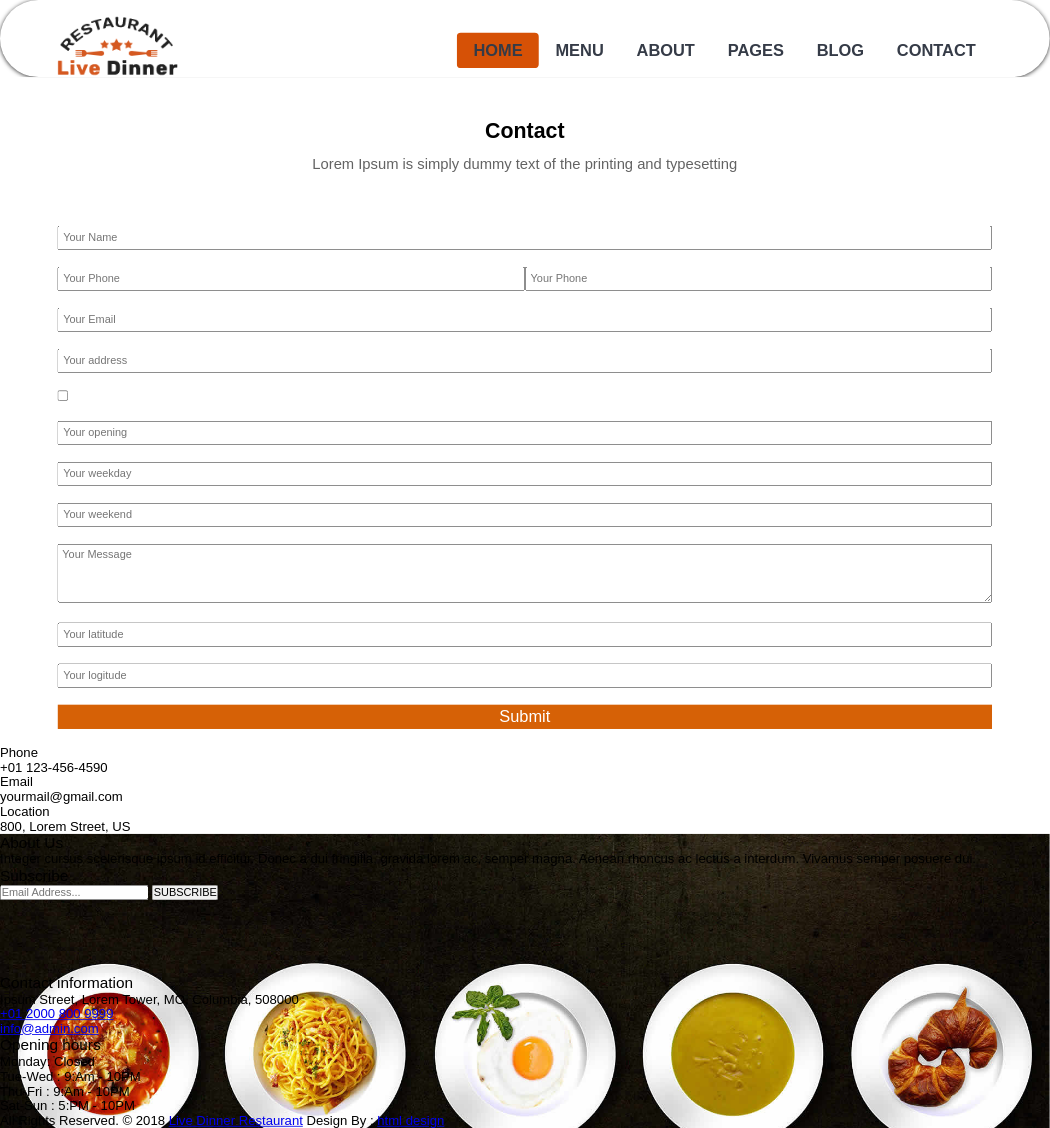
Repository: Hoa7604/kist_Java
Page: http://localhost/jdbc1/contact/list
These files come from the project's save history. The page is drawn as it stood at one moment and after the next save; the edit follows.
The browser window is 1280 px wide. The pictures show the whole page, at 82% of full size.
The page is served by Tomcat 9. Other server files are loaded and not shown. Queries for data that is not in the repository find no rows.

Above is the page before, as saved 2020-08-14 08:50:21.

### pho/jdbc1/WebContent/WEB-INF/views/contact.jsp
<%@page import="tp.kits3.livedinner.io.Contact"%>
<%@page import="java.util.List"%>
<%@ page language="java" contentType="text/html; charset=UTF-8"
    pageEncoding="UTF-8"%>

    <%
    	String contextPath = request.getContextPath();
    	//System.out.println(contextPath);
    	List<Contact> list = (List<Contact>)request.getAttribute("ContactList");
    %>
<!DOCTYPE html>
<html lang="en"><!-- Basic -->
<head>
	<meta charset="utf-8">
    <meta http-equiv="X-UA-Compatible" content="IE=edge">

    <!-- Mobile Metas -->
    <meta name="viewport" content="width=device-width, initial-scale=1">

     <!-- Site Metas -->
    <title>Live Dinner Restaurant</title>
    <meta name="keywords" content="">
    <meta name="description" content="">
    <meta name="author" content="">

    <!-- Site Icons -->
    <link rel="shortcut icon" href="<%=contextPath %>/images/favicon.ico" type="image/x-icon">
    <link rel="apple-touch-icon" href=<%=contextPath %>"images/apple-touch-icon.png">

	<!-- Site CSS -->
    <link rel="stylesheet" href="<%=contextPath %>/css/style.css">
    <!-- Custom CSS -->
    <link rel="stylesheet" href="<%=contextPath %>/css/custom.css">

    <!--[if lt IE 9]>
      <script src="https://oss.maxcdn.com/libs/html5shiv/3.7.0/html5shiv.js"></script>
      <script src="https://oss.maxcdn.com/libs/respond.js/1.4.2/respond.min.js"></script>
    <![endif]-->

</head>

<body>
	<!-- Start header -->
	<header style = "position: initial;">
		<nav>
			<div class="container">
				<a href="index.html">
					<img src=" <%=contextPath %>/images/logo.png" alt="" />
				</a>
				<button type="button" data-toggle="collapse" data-target="#navbars-rs-food" aria-controls="navbars-rs-food" aria-expanded="false" aria-label="Toggle navigation">
				  <span>Search</span>
				</button>
				<div id="navbars-rs-food">
					<ul>
						<li><a class="active" href="<%=contextPath %>/menu/list">Home</a></li>
						<li><a href="#">Menu</a></li>
						<li><a href="#">About</a></li>
						<li >
							<a href="#" id="dropdown-a" onclick="show('subPage')" data-toggle="dropdown">Pages</a><br>
							<div id="subPage" class="drop-menu" aria-labelledby="dropdown-a">
								<a href="reservation.html">Reservation</a>
								<a href="stuff.html">Stuff</a>
								<a href="gallery.html">Gallery</a>
							</div>
						</li>
						<li>
							<a href="#" id="dropdown-a" onclick="show('subBlog')" data-toggle="dropdown">Blog</a>
							<div id = "subBlog" class="drop-menu" aria-labelledby="dropdown-a">
								<a href="blog.html">blog</a>
								<a href="blog-details.html">Blog Single</a>
							</div>
						</li>
						<li><a href="#">Contact</a></li>
					</ul>
				</div>
			</div>
		</nav>
	</header>
	<!-- End header -->

	<!-- Start All Pages -->
	<%for( int i = 0; i < list.size(); i++){%>
		<div >
			<div >
				<div >
					<div >
						<p>name: <%=list.get(i).getConame() %></p>
						<h1>Email: <%=list.get(i).getEmail() %></h1>
					</div>
				</div>
			</div>
		</div>
	<% }%>

	<!-- End All Pages -->

	<!-- Start Contact -->
	<div></div>
	<div class="contact-box-start">
		<div class="container">
			<div class="row">
				<div class="title-box">
					<div class="wrap-title">
						<h2>Contact</h2>
						<p>Lorem Ipsum is simply dummy text of the printing and typesetting</p>
					</div>
				</div>
			</div>
			<div class="row">
				<div class="wrap-form">
					<form id="contactForm">
						<div class="wrap-sub-form">
							<div class="wrap wrap-user">
								<div class=" box user-box">
									<input type="text" id="name" name="name" placeholder="Your Name" required data-error="Please enter your name">
									<div ></div>
								</div>
							</div>
							<div class="wrap  wrap-phone">
								<div class="box phone-box">
									<input type="phone" id="priphone" name="priphone" placeholder="Your Phone" required data-error="Please enter your priphone">
									<input type="phone" id="subphone" name="subphone" placeholder="Your Phone" data-error="Please enter your subphone">
								</div>
							</div>
							<div class="wrap  wrap-mail">
								<div class="box email-box">
									<input type="text" placeholder="Your Email" id="email" name="name" required data-error="Please enter your email">
									<div ></div>
								</div>
							</div>
							<div class="wrap  wrap-address">
								<div class="box address-box">
									<input type="text" placeholder="Your address" id="address" name="address" required data-error="Please enter your email">
									<div ></div>
								</div>
							</div>
							<div class="wrap  wrap-check">
								<div class="box check-box">
									<input type="checkbox" id="unused" name="unused"  data-error="Please enter your check">
									<div ></div>
								</div>
							</div>
							<div class="wrap  wrap-opening">
								<div class="box opening-box">
									<input type="text" placeholder="Your opening" id="opening" name="opening" required data-error="Please enter your opening">
									<div ></div>
								</div>
							</div>
							<div class="wrap  wrap-weekday">
								<div class="box weekday-box">
									<input type="text" placeholder="Your weekday" id="weekday" name="weekday" required data-error="Please enter your weekday">
									<div ></div>
								</div>
							</div>
							<div class="wrap wrap-weekend">
								<div class="box weekend-box">
									<input type="text" placeholder="Your weekend" id="weekend" name="weekend" required data-error="Please enter your weekend">
									<div ></div>
								</div>
							</div>
							<div class="wrap  wrap-aboutus" >
								<div class="box aboutus-box">
									<textarea id="aboutus" placeholder="Your Message" rows="4" data-error="Write your message" required></textarea>
									<div ></div>
								</div>
							</div>
							<div class="wrap  wrap-latitude">
								<div class="box latitude-box">
									<input type="text" placeholder="Your latitude" id="latitude" name="latitude" required data-error="Please enter your latitude">
									<div ></div>
								</div>
							</div>
							<div class="wrap  wrap-logitude">
								<div class="box logitude-box">
									<input type="text" placeholder="Your logitude" id="logitude" name="logitude" required data-error="Please enter your logitude">
									<div ></div>
								</div>
							</div>
							<div class="wrap  wrap-submit">
								<div class="box submit-box">
									<input type="submit" name="submit" value="Submit">
								</div>
							</div>

						</div>
					</form>
				</div>
			</div>
		</div>
	</div>
	<!-- End Contact -->

	<!-- Start Contact info -->
	<div>
		<div >
			<div >
				<div>
					<i></i>
					<div>
						<h4>Phone</h4>
						<p>
							+01 123-456-4590
						</p>
					</div>
				</div>
				<div>
					<i></i>
					<div>
						<h4>Email</h4>
						<p>
							yourmail@gmail.com
						</p>
					</div>
				</div>
				<div>
					<i></i>
					<div>
						<h4>Location</h4>
						<p>
							800, Lorem Street, US
						</p>
					</div>
				</div>
			</div>
		</div>
	</div>
	<!-- End Contact info -->

	<!-- Start Footer -->
	<footer>
		<div >
			<div >
				<div>
					<h3>About Us</h3>
					<p>Integer cursus scelerisque ipsum id efficitur. Donec a dui fringilla, gravida lorem ac, semper magna. Aenean rhoncus ac lectus a interdum. Vivamus semper posuere dui.</p>
				</div>
				<div>
					<h3>Subscribe</h3>
					<div>
						<form>
							<input name="EMAIL" id="subs-email" placeholder="Email Address..." type="email">
							<button type="submit" >SUBSCRIBE</button>
							<div ></div>
						</form>
					</div>
					<ul>
						<li><a href="#"><i aria-hidden="true"></i></a></li>
						<li><a href="#"><i aria-hidden="true"></i></a></li>
						<li><a href="#"><i aria-hidden="true"></i></a></li>
						<li><a href="#"><i aria-hidden="true"></i></a></li>
						<li><a href="#"><i aria-hidden="true"></i></a></li>
					</ul>
				</div>
				<div>
					<h3>Contact information</h3>
					<p>Ipsum Street, Lorem Tower, MO, Columbia, 508000</p>
					<p><a href="#">+01 2000 800 9999</a></p>
					<p><a href="#"> info@admin.com</a></p>
				</div>
				<div>
					<h3>Opening hours</h3>
					<p><span>Monday: </span>Closed</p>
					<p><span>Tue-Wed :</span> 9:Am - 10PM</p>
					<p><span>Thu-Fri :</span> 9:Am - 10PM</p>
					<p><span>Sat-Sun :</span> 5:PM - 10PM</p>
				</div>
			</div>
		</div>

		<div>
			<div >
				<div >
					<div>
						<p>All Rights Reserved. &copy; 2018 <a href="#">Live Dinner Restaurant</a> Design By :
					<a href="#">html design</a></p>
					</div>
				</div>
			</div>
		</div>

	</footer>
	<!-- End Footer -->

	<a href="#" id="back-to-top" title="Back to top" style="display: none;"><i aria-hidden="true"></i></a>

	<!-- ALL JS FILES -->
    <!-- ALL PLUGINS -->
    <script src="js/custom.js"></script>
</body>
</html>

### pho/jdbc1/src/tp/kits3/servlet/contactServlet.java
package tp.kits3.servlet;

import java.io.IOException;
import java.sql.Connection;
import java.sql.DriverManager;
import java.sql.ResultSet;
import java.sql.SQLException;
import java.sql.Statement;
import java.util.ArrayList;
import java.util.List;

import javax.servlet.RequestDispatcher;
import javax.servlet.ServletException;
import javax.servlet.annotation.WebServlet;
import javax.servlet.http.HttpServlet;
import javax.servlet.http.HttpServletRequest;
import javax.servlet.http.HttpServletResponse;
import javax.sql.DataSource;

import td.kits3.livedinner.dao.ContactDAO;
import tp.kits3.livedinner.io.Category;
import tp.kits3.livedinner.io.Contact;

/**
 * Servlet implementation class contactServlet
 */
@WebServlet("/contact/list")
public class contactServlet extends HttpServlet {
	private static final long serialVersionUID = 1L;
    /**
     * @see HttpServlet#HttpServlet()
     */
    public contactServlet() {
        super();
        // TODO Auto-generated constructor stub
    }

	/**
	 * @see HttpServlet#doGet(HttpServletRequest request, HttpServletResponse response)
	 */
	protected void doGet(HttpServletRequest request, HttpServletResponse response) throws ServletException, IOException {
		// TODO Auto-generated method stub
		ContactDAO contactdao = new ContactDAO();
		Contact contact = new Contact();
		List<Contact> list = new ArrayList<Contact>();
		list = contactdao.findAll();
		System.out.println(list);
		if (list.size() == 0) {
			System.out.println("List none");
		}
		String divList = "<div class'ctgList'>";
		for(Contact ct : list) {
			divList += "<p><a href='update?coid="+ ct.getCoid()+ "'>" + ct.toString() + "</a></p>";

		}
		divList += "<p><a href='add'>/contact/add</p></a>";
		divList += "</div>";

		response.setContentType("text/html; charset = UTF-8");
		response.getWriter().append(divList);

		//*************************************//
		request.setAttribute("ContactList", list);

		String profix = "/WEB-INF/views/";
		String subfix = ".jsp";
		RequestDispatcher dispatcher = request.getRequestDispatcher(profix + "contact" +subfix);
		dispatcher.forward(request, response);
	}

	/**
	 * @see HttpServlet#doPost(HttpServletRequest request, HttpServletResponse response)
	 */
	protected void doPost(HttpServletRequest request, HttpServletResponse response) throws ServletException, IOException {
		// TODO Auto-generated method stub
		doGet(request, response);
	}

	@Override
	public String toString() {
		// TODO Auto-generated method stub
		return super.toString();
	}
}

### pho/jdbc1/src/tp/kits3/livedinner/io/Contact.java
package tp.kits3.livedinner.io;
public class Contact {

    private Integer coid;

    private String coname;

    private String priphone;

    private String subphone;

    private String email;

    private String address;

    private Boolean unused;

    private String opening;

    private String weekday;

    private String weekend;

    private String aboutus;

    private Double latitude;

    private Double logitude;

    public Integer getCoid() {
        return coid;
    }

    public void setCoid(Integer coid) {
        this.coid = coid;
    }

    public String getConame() {
        return coname;
    }

    public void setConame(String coname) {
        this.coname = coname;
    }

    public String getPriphone() {
        return priphone;
    }

    public void setPriphone(String priphone) {
        this.priphone = priphone;
    }

    public String getSubphone() {
        return subphone;
    }

    public void setSubphone(String subphone) {
        this.subphone = subphone;
    }

    public String getEmail() {
        return email;
    }

    public void setEmail(String email) {
        this.email = email;
    }

    public String getAddress() {
        return address;
    }

    public void setAddress(String address) {
        this.address = address;
    }

    public Boolean getUnused() {
        return unused;
    }

    public void setUnused(Boolean unused) {
        this.unused = unused;
    }

    public String getOpening() {
        return opening;
    }

    public void setOpening(String opening) {
        this.opening = opening;
    }

    public String getWeekday() {
        return weekday;
    }

    public void setWeekday(String weekday) {
        this.weekday = weekday;
    }

    public String getWeekend() {
        return weekend;
    }

    public void setWeekend(String weekend) {
        this.weekend = weekend;
    }

    public String getAboutus() {
        return aboutus;
    }

    public void setAboutus(String aboutus) {
        this.aboutus = aboutus;
    }

    public Double getLatitude() {
        return latitude;
    }

    public void setLatitude(Double latitude) {
        this.latitude = latitude;
    }

    public Double getLogitude() {
        return logitude;
    }

    public void setLogitude(Double logitude) {
        this.logitude = logitude;
    }

    // Contact 모델 복사
    public void CopyData(Contact param)
    {
        this.coid = param.getCoid();
        this.coname = param.getConame();
        this.priphone = param.getPriphone();
        this.subphone = param.getSubphone();
        this.email = param.getEmail();
        this.address = param.getAddress();
        this.unused = param.getUnused();
        this.opening = param.getOpening();
        this.weekday = param.getWeekday();
        this.weekend = param.getWeekend();
        this.aboutus = param.getAboutus();
        this.latitude = param.getLatitude();
        this.logitude = param.getLogitude();
    }

	@Override
	public String toString() {
		return "Contact [coid=" + coid + ", coname=" + coname + ", priphone=" + priphone + ", subphone=" + subphone
				+ ", email=" + email + ", address=" + address + ", unused=" + unused + ", opening=" + opening
				+ ", weekday=" + weekday + ", weekend=" + weekend + ", aboutus=" + aboutus + ", latitude=" + latitude
				+ ", logitude=" + logitude + "]";
	}
}

### pho/jdbc1/WebContent/css/custom.css
*{margin: 0; padding: 0; font-family: 'Rubik', sans-serif; font-weight: 500;}

.font-style1 {font-weight: 100;}
.font-style2 {font-weight: 300;}
.font-style3 {font-weight: 400;}
.font-style4 {font-weight: 500;}
.font-style5 {font-weight: 700;}
.font-style6 {font-weight: 900;}

.container {
    max-width: 1140px;
    margin: 0 auto;
    position: relative;
    overflow: hidden;
}

/* CONTACT */
.all-pages {
    background-image: url(../images/all-bg.jpg);
    background-repeat: no-repeat;
    background-position: center center;
    background-size: cover;
    height: 50vh;
    background-attachment: fixed;
}
.all-pages .container {}
.all-pages .container .row {
    width: 100%;
}
.all-pages .container .row .wrap {
    text-align: center;
    display: inline-block;
    line-height: 50vh;
    width: 100%;
}
.all-pages .container .row .wrap h1{
    color: #fff;
    font-size: 40px;
    font-weight: bold;
}

.contact-box-start{
    background-color: #ffffff;
    border: none;
    padding-top: 50px;
}
.contact-box .container {}
.contact-box .container .row {}

.contact-box .container .row .title-box {}
.contact-box .container .row .title-box .wrap-title {}
.contact-box .container .row .title-box .wrap-title h2{}
.contact-box .container .row .title-box .wrap-title p{}

.row .wrap-form {width: 100%;}

#contactForm {width:100%;}
#contactForm .wrap-sub-form {}
#contactForm .wrap-sub-form input[type="text"]{
    width: 100%;
    height: 30px;
    box-sizing: border-box;
    padding: 5px;
}

#contactForm .wrap-sub-form input[type="phone"]{
    width: 50%;
    height: 30px;
    box-sizing: border-box;
    float: left;
    padding: 5px;
}

#contactForm .wrap-sub-form textarea{
    width: 100%;
    box-sizing: border-box;
    padding: 5px;
}

#contactForm .wrap-sub-form input[type="submit"]{
    width: 100%;
    height: 30px;
    line-height: 30px;
    background-color: #d66106;
    box-sizing: border-box;
    border: none;
    color: #ffffff;
    font-size: 20px;

}

#contactForm .wrap-sub-form .wrap {}
#contactForm .wrap-sub-form .wrap .box {padding-bottom: 20px; overflow: hidden;}

/* END CONTACT */

Loaded but not shown: pho/jdbc1/WebContent/css/style.css (686 lines, source omitted); pho/jdbc1/src/td/kits3/livedinner/dao/ContactDAO.java (179 lines, source omitted)

After the next save:
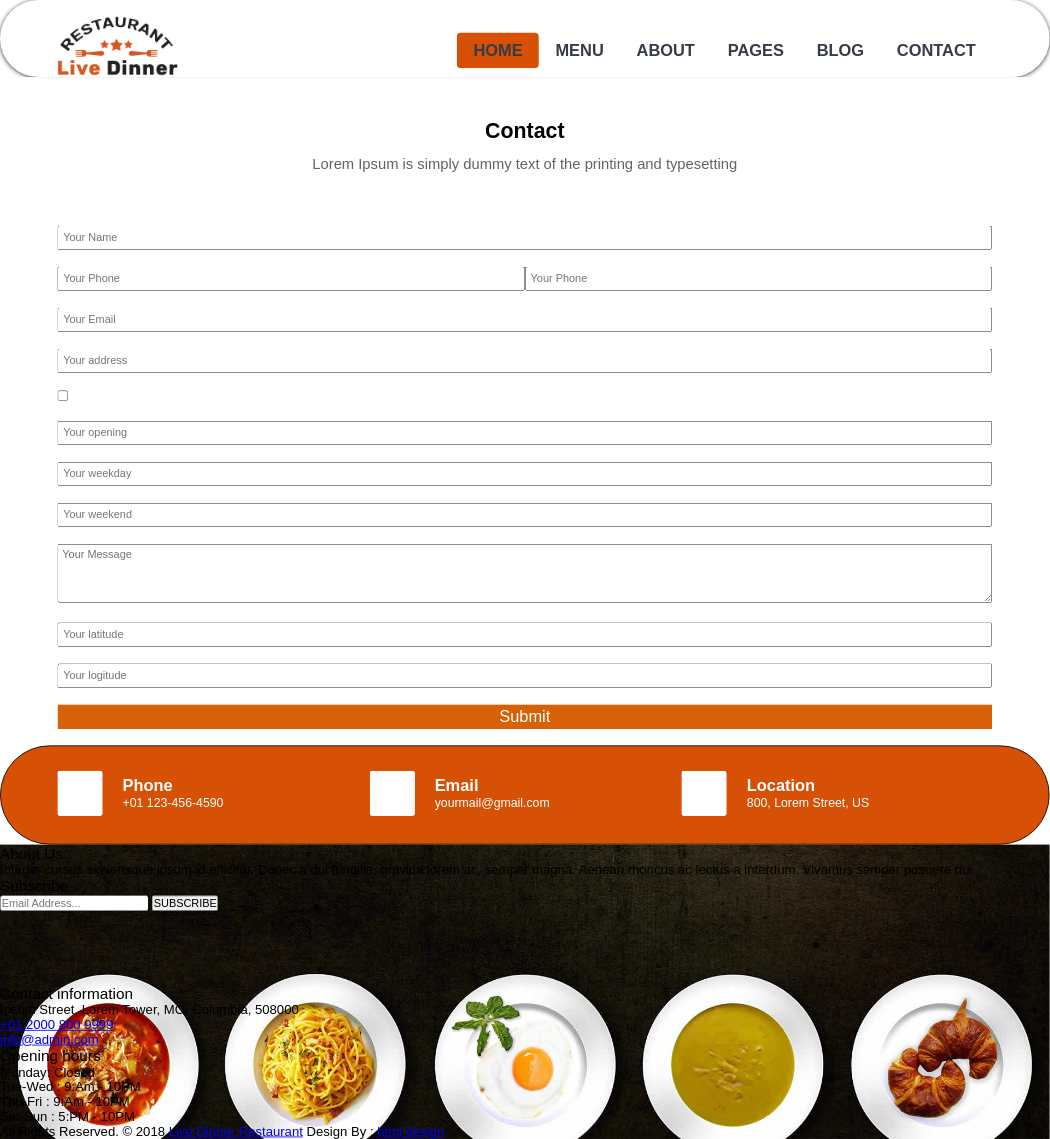
Saved 3 min 29 s later.
--- a/pho/jdbc1/WebContent/WEB-INF/views/contact.jsp
+++ b/pho/jdbc1/WebContent/WEB-INF/views/contact.jsp
@@ -191,35 +191,38 @@
 	<!-- End Contact -->
 
 	<!-- Start Contact info -->
-	<div>
-		<div >
-			<div >
-				<div>
-					<i></i>
-					<div>
+	<div class="contact-box">
+		<div class="container">
+			<div class="row" >
+				<div class="wrap-item">
+					<i class="mof-fa fa fa-volume-control-phone" aria-hidden="true"></i>
+					<div class=" wrap-common wrap-phone ">
 						<h4>Phone</h4>
 						<p>
 							+01 123-456-4590
 						</p>
 					</div>
-				</div>
-				<div>
-					<i></i>
-					<div>
+					<i class="mof-arrow fa fa-angle-double-right" aria-hidden="true"></i>
+				</div>
+				<div class="wrap-item">
+					<i class="mof-fa fa fa-envelope" aria-hidden="true"></i>
+					<div class=" wrap-common wrap-email">
 						<h4>Email</h4>
 						<p>
 							yourmail@gmail.com
 						</p>
 					</div>
-				</div>
-				<div>
-					<i></i>
-					<div>
+					<i class="mof-arrow fa fa-angle-double-right" aria-hidden="true"></i>
+				</div>
+				<div class="wrap-item">
+					<i class="mof-fa fa fa-map-marker" aria-hidden="true"></i>
+					<div class=" wrap-common wrap-location">
 						<h4>Location</h4>
 						<p>
 							800, Lorem Street, US
 						</p>
 					</div>
+
 				</div>
 			</div>
 		</div>
